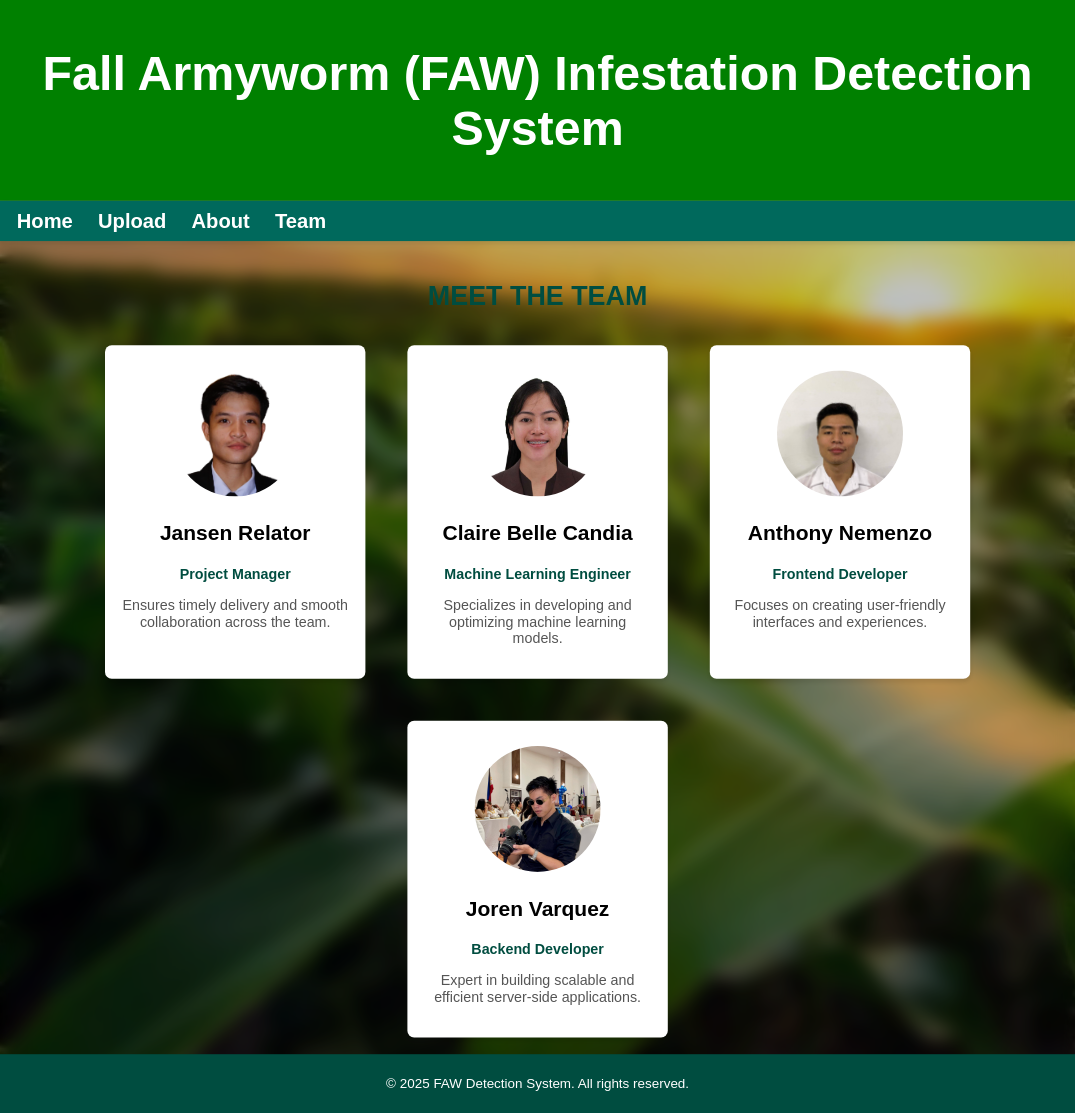
Repository: jansen223/faw-detection-main
Page: /team
An editor plug-in stored every save of this project. The page is shown before and after the next save, followed by the edit.
The browser window is 1280 px wide. The pictures show the whole page, at 84% of full size.
The project was rebuilt for these pictures with package versions that can differ from the ones it lists, and the page was loaded fresh each time. Also part of the build but not shown: src/pages/Home.css, src/pages/Summary.css, src/pages/Home.js, src/pages/About.css, src/pages/About.js, src/pages/Summary.js, src/pages/UploadAndDetect.css, src/pages/UploadAndDetect.js.

Above is the page before, as saved 2025-05-03 10:37:02.

### public/index.html
<!DOCTYPE html>
<html lang="en">
<head>
  <meta charset="utf-8" />
  <link rel="icon" href="%PUBLIC_URL%/maize_icon.jpg" />
  <meta name="viewport" content="width=device-width, initial-scale=1" />
  <meta name="theme-color" content="#000000" />
  <meta name="description" content="FAW Detection Web Interface" />
  <title>FAW Detection</title>
</head>
<body>
  <noscript>You need to enable JavaScript to run this app.</noscript>
  <div id="root"></div>
</body>
</html>

### src/App.js
import React, { useRef } from 'react';
import { BrowserRouter as Router, Routes, Route, Link } from 'react-router-dom';
import Home from './pages/Home';
import About from './pages/About';
import Team from './pages/Team';
import Summary from './pages/Summary';
import UploadAndDetect from './pages/UploadAndDetect';
import './App.css';

function App() {
  const canvasRef = useRef(null);
  const [counts, setCounts] = React.useState({ infested: 0, notInfested: 0 });

  const resetCounts = async () => {
    try {
      const response = await fetch('http://localhost:5000/reset_counts', {
        method: 'POST',
      });
      const data = await response.json();
      if (data.message) {
        setCounts({ infested: 0, notInfested: 0 });
        alert(data.message);
      }
    } catch (error) {
      console.error('Error resetting counts:', error);
    }
  };

  return (
    <Router>
      <div className="App">
        <header className="App-header">
          <h1>Fall Armyworm (FAW) Infestation Detection System</h1>
        </header>
        <nav className="App-navbar">
          <ul>
            <li><Link to="/">Home</Link></li>
            <li><Link to="/upload-and-detect">Upload</Link></li> {/* New button */}
            <li><Link to="/about">About</Link></li>
            <li><Link to="/team">Team</Link></li>
          </ul>
        </nav>
        <Routes>
          <Route path="/" element={<Home canvasRef={canvasRef} counts={counts} resetCounts={resetCounts} />} />
          <Route path="/upload-and-detect" element={<UploadAndDetect />} /> {/* New route */}
          <Route path="/about" element={<About />} />
          <Route path="/team" element={<Team />} />
          <Route path="/summary" element={<Summary />} />
        </Routes>
        <footer className="App-footer">
          <p>&copy; 2025 FAW Detection System. All rights reserved.</p>
        </footer>
      </div>
    </Router>
  );
}

export default App;

### src/pages/Team.js
import React from 'react';
import './Team.css';

function Team() {
  const teamMembers = [
    {
      name: "Jansen Relator",
      role: "Project Manager",
      description: "Ensures timely delivery and smooth collaboration across the team.",
      image: "images/jansen.png"
    },
    {
      name: "Claire Belle Candia",
      role: "Machine Learning Engineer",
      description: "Specializes in developing and optimizing machine learning models.",
      image: "images/claire.jpg"
    },
    {
      name: "Anthony Nemenzo",
      role: "Frontend Developer",
      description: "Focuses on creating user-friendly interfaces and experiences.",
      image: "images/anthony.jpeg"
    },
    {
      name: "Joren Varquez",
      role: "Backend Developer",
      description: "Expert in building scalable and efficient server-side applications.",
      image: "images/joren1.jpg"
    }
  ];

  return (
    <div className="team-container">
      <h2>MEET THE TEAM</h2>
      <div className="team-members">
        {teamMembers.map((member, index) => (
          <div key={index} className="team-member">
            <img src={member.image} alt={`${member.name}`} className="team-member-image" />
            <h3>{member.name}</h3>
            <p className="team-member-role">{member.role}</p>
            <p className="team-member-description">{member.description}</p>
          </div>
        ))}
      </div>
    </div>
  );
}

export default Team;

### src/App.css
html,
body {
  margin: 0;
  padding: 0;
  font-family: 'Arial', sans-serif; /* Use a clean, modern font */
  background-color: #f9f9f9; /* Light background for better readability */
  background-image: url("C:/Users/Jansen Relator/StudioProjects/faw-detection-main/public/images/background.jpg"); /* Path to the image in the public folder */
  background-size: cover; /* Ensures the image covers the entire background */
  background-repeat: no-repeat; /* Prevents the image from repeating */

}

.App {
  display: flex;
  flex-direction: column;
  min-height: 100vh;
  background-color: rgba(0, 0, 0, 0.226); /* Semi-transparent background */
  backdrop-filter: blur(10px); /* Adds blur effect */
}

.App-header {
  background-color: green;
  color: white;
  text-align: center;
  font-size: 1.8rem;
  font-weight: bold;
  padding: 15px 0;
  box-shadow: 0 4px 6px rgba(0, 0, 0, 0.1);
}

.App-navbar {
  background-color: #00695c;
  color: white;
  padding: 10px 20px;
  display: flex;
  justify-content: space-between;
  align-items: center;
  box-shadow: 0 4px 6px rgba(0, 0, 0, 0.1);
}

.App-navbar ul {
  list-style: none;
  display: flex;
  gap: 30px;
  margin: 0;
  padding: 0;
}

.App-navbar a {
  color: white;
  text-decoration: none;
  font-weight: bold;
  font-size: 18px;
}

.App-navbar a:hover {
  text-decoration: underline;
}

.App-navbar ul li a {
  font-size: 1.5rem; /* Adjust the size as needed */
  font-weight: bold; /* Optional: make the text bold */
}

.App-footer {
  background-color: #004d40;
  color: white;
  text-align: center;
  padding: 10px 0;
  margin-top: auto;
}

### src/pages/Team.css
.team-container {
  padding: 20px;
  text-align: center;
}

.team-container h2 {
  font-size: 2rem;
  color: #004d40;
  margin-bottom: 40px;
}

.team-members {
  display: flex;
  flex-wrap: wrap;
  gap: 50px;
  justify-content: center;
  margin-top: 20px;
}

.team-member {
  background-color: #ffffff;
  border-radius: 8px;
  box-shadow: 0 4px 6px rgba(0, 0, 0, 0.1);
  padding: 20px;
  text-align: center;
  width: 270px;
}

.team-member h3 {
  font-size: 25px;
}

.team-member p {
  font-size: 17px;
}
.team-member-image {
  border-radius: 50%;
  width: 150px;
  height: 150px;
  object-fit: cover;
  margin-top: 10px;
}

.team-member-role {
  font-weight: bold;
  color: #004d40;
  margin: 5px 0;
}

.team-member-description {
  font-size: 0.9rem;
  color: #555;
}

Loaded but not shown: src/index.js (common file); src/index.css (common file); src/reportWebVitals.js (common file)

After the next save:
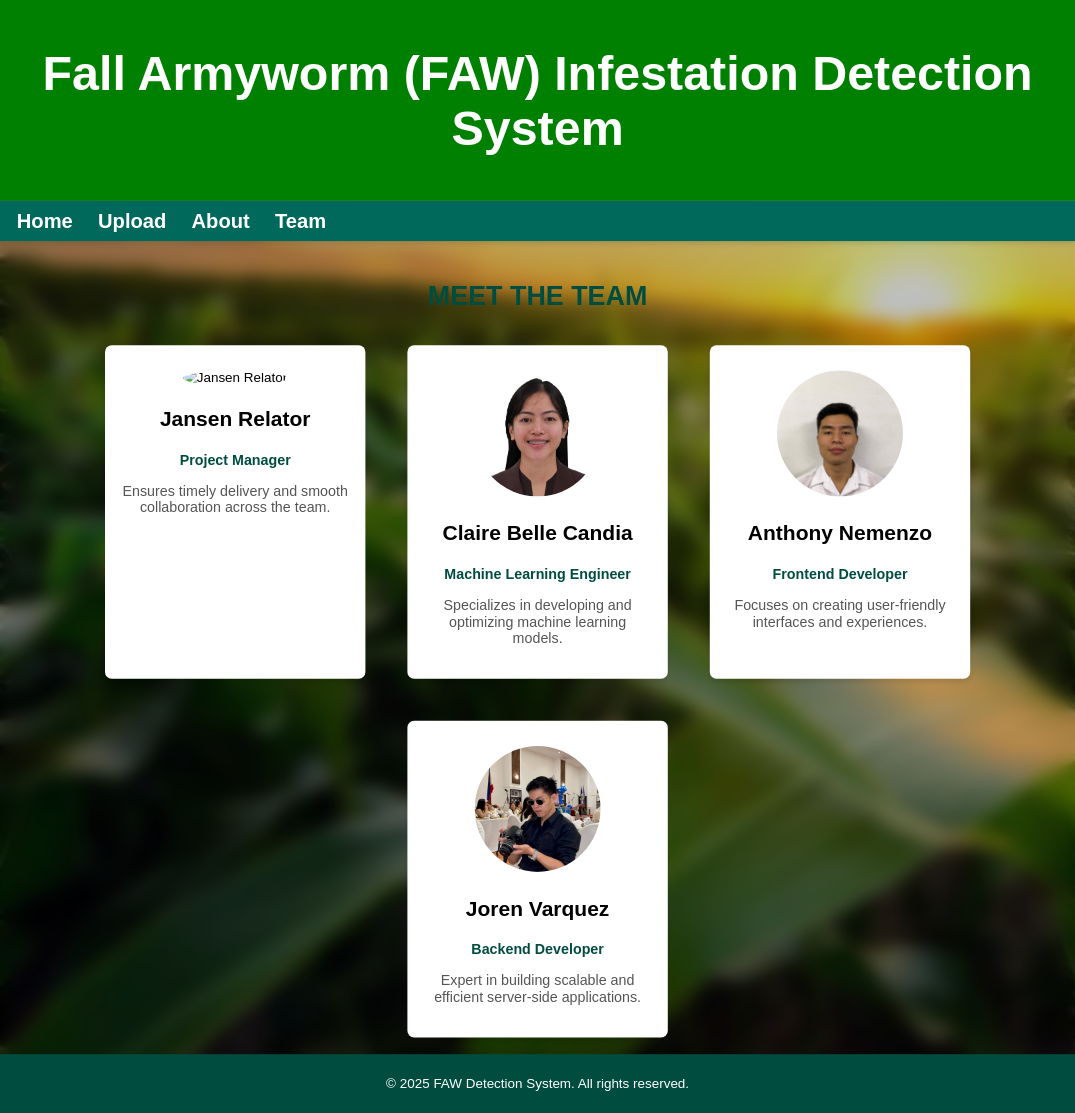
Not found: images/DSB ID 2.png
Saved 2 min 0 s later.
--- a/src/pages/Team.js
+++ b/src/pages/Team.js
@@ -7,7 +7,7 @@ function Team() {
       name: "Jansen Relator",
       role: "Project Manager",
       description: "Ensures timely delivery and smooth collaboration across the team.",
-      image: "images/jansen.png"
+      image: "images/DSB ID 2.png"
     },
     {
       name: "Claire Belle Candia",

After the 2 saves that followed:
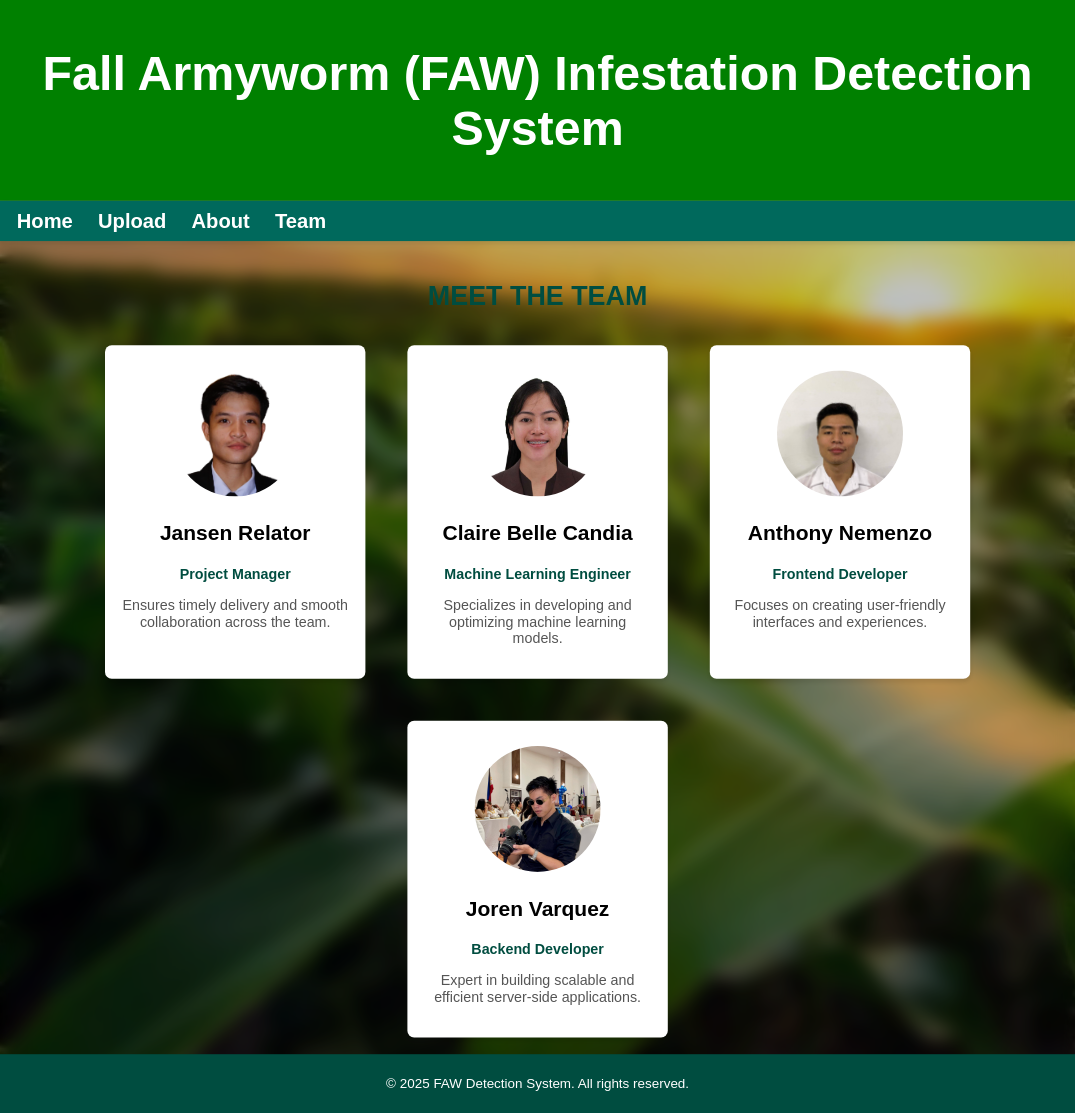
The 2 saves are shown as one change because 1 left the picture as it was.
The last was saved 2 min 11 s later.
--- a/src/pages/Team.js
+++ b/src/pages/Team.js
@@ -7,7 +7,7 @@ function Team() {
       name: "Jansen Relator",
       role: "Project Manager",
       description: "Ensures timely delivery and smooth collaboration across the team.",
-      image: "images/DSB ID 2.png"
+      image: "images/jansen.png"
     },
     {
       name: "Claire Belle Candia",
